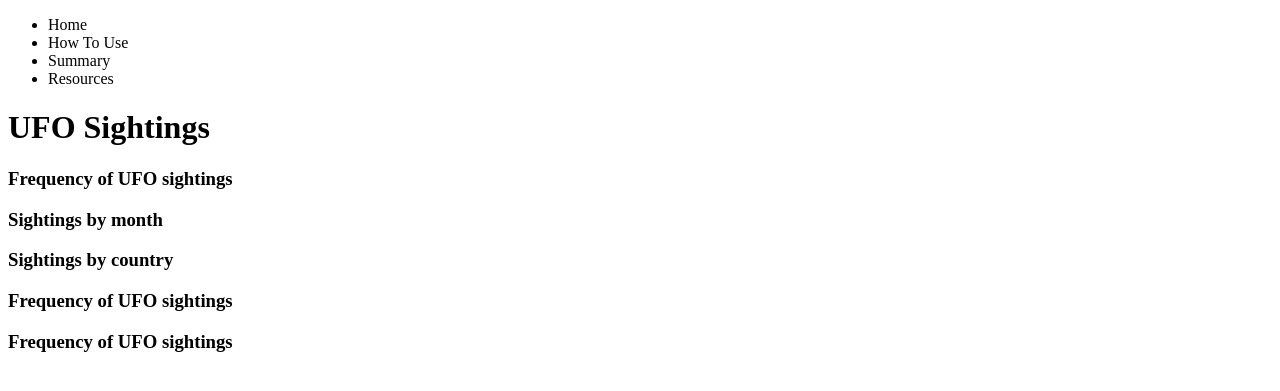
Repository: AidanJReid/Milestone-Project2
Page: index.html
The author's editor kept a record of every edit. The page is drawn from the files as they stood at one moment, then again after the next edit.
The browser window is 1280 px wide. The pictures show the whole page.
Some web libraries are served in a nearby version.

Above is the page before.

### index.html
<!DOCTYPE html>
<html lang="en">

<head>
    <meta charset="UTF-8">
    <meta name="viewport" content="width=device-width, initial-scale=1.0">
    <meta http-equiv="X-UA-Compatible" content="ie=edge">
    <script src="https://code.jquery.com/jquery-3.4.1.js" integrity="sha256-WpOohJOqMqqyKL9FccASB9O0KwACQJpFTUBLTYOVvVU=" crossorigin="anonymous"></script>


    <link rel="stylesheet" href="https://cdnjs.cloudflare.com/ajax/libs/dc/2.1.8/dc.css" type="text/css /">

    <script type="text/javascript" src="https://cdnjs.cloudflare.com/ajax/libs/d3/5.12.0/d3.min.js"></script>
    <script type="text/javascript" src="https://cdnjs.cloudflare.com/ajax/libs/crossfilter/1.3.12/crossfilter.min.js"></script>
    <script type="text/javascript" src="https://cdnjs.cloudflare.com/ajax/libs/dc/2.1.8/dc.js"></script>

    <link rel="stylesheet" href="css/style.css" type="text/css" />
    <title>UFO Data</title>
</head>

<body>
    <div id="container">
        <nav id="navbar">
            <ul>
                <li id="logo" href="">Home</li>
                <li id="menu1" href="">How To Use</li>
                <li id="menu2" href="">Summary</li>
                <li id="menu3" href="">Resources</li>
            </ul>
        </nav>

        <h1>UFO Sightings</h1>

        <div>
            <h3>Frequency of UFO sightings</h3>
            <div id="data1"></div>
        </div>
        <div>
            <h3>Sightings by month</h3>
            <div id="data1"></div>
        </div>
        <div>
            <h3>Sightings by country</h3>
            <div id="data1"></div>
        </div>
        <div>
            <h3>Frequency of UFO sightings</h3>
            <div id="data1"></div>
        </div>
        <div>
            <h3>Frequency of UFO sightings</h3>
            <div id="data1"></div>
        </div>
    </div>
</body>

</html>

### css/style.css
/*Navbar*/

After the next edit:
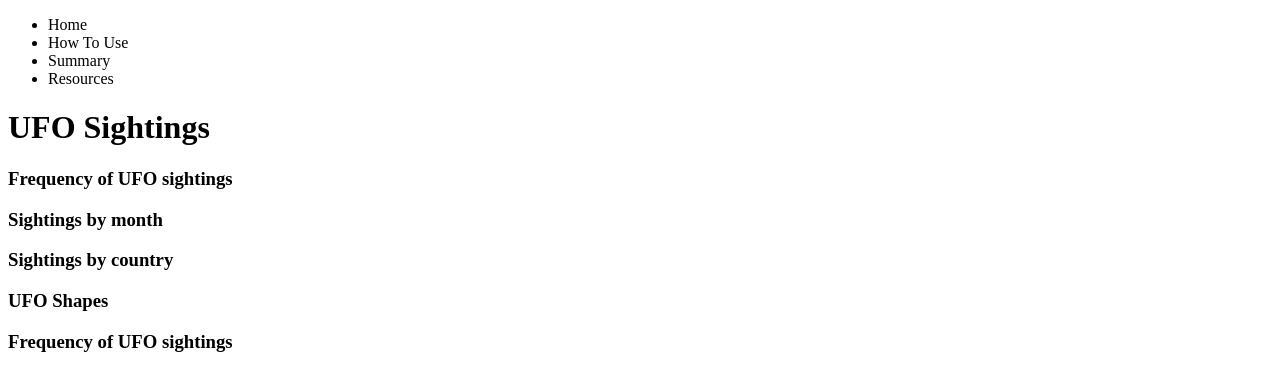
The edit:
--- a/index.html
+++ b/index.html
@@ -44,7 +44,7 @@
             <div id="data1"></div>
         </div>
         <div>
-            <h3>Frequency of UFO sightings</h3>
+            <h3>UFO Shapes</h3>
             <div id="data1"></div>
         </div>
         <div>
